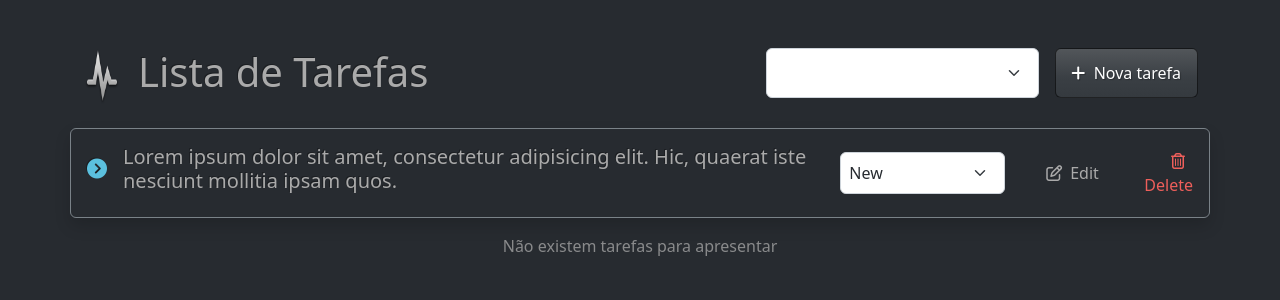
Repository: cargugati/lista_tarefas
Page: frontEnd/index.html
An editor plug-in stored every save of this project. The page is shown before and after a run of saves, followed by the edit.
The browser window is 1280 px wide. The pictures show the whole page.

Above is the page before, as saved 2023-03-18 23:05:22.

After the next 3 saves:
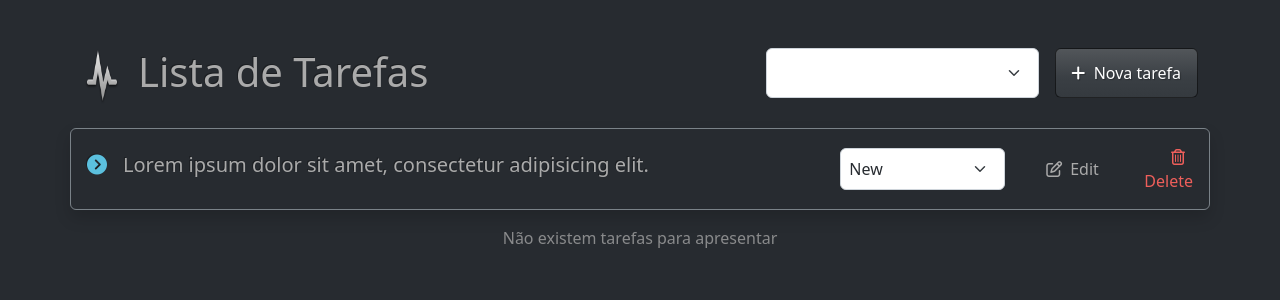
The 3 saves are shown as one change because they came seconds apart.
The last was saved 40 s later.
--- a/frontEnd/index.html
+++ b/frontEnd/index.html
@@ -41,9 +41,7 @@
           <div class="col-8">
             <div class="d-flex align-items-center">
               <h5 class="me-3 text-info"> <i class="fa-solid fa-circle-chevron-right"></i> </h5>
-              <h5>
-                Lorem ipsum dolor sit amet, consectetur adipisicing elit. Hic, quaerat iste nesciunt mollitia ipsam
-                quos.
+              <h5>Lorem ipsum dolor sit amet, consectetur adipisicing elit.
               </h5>
             </div>
           </div>
